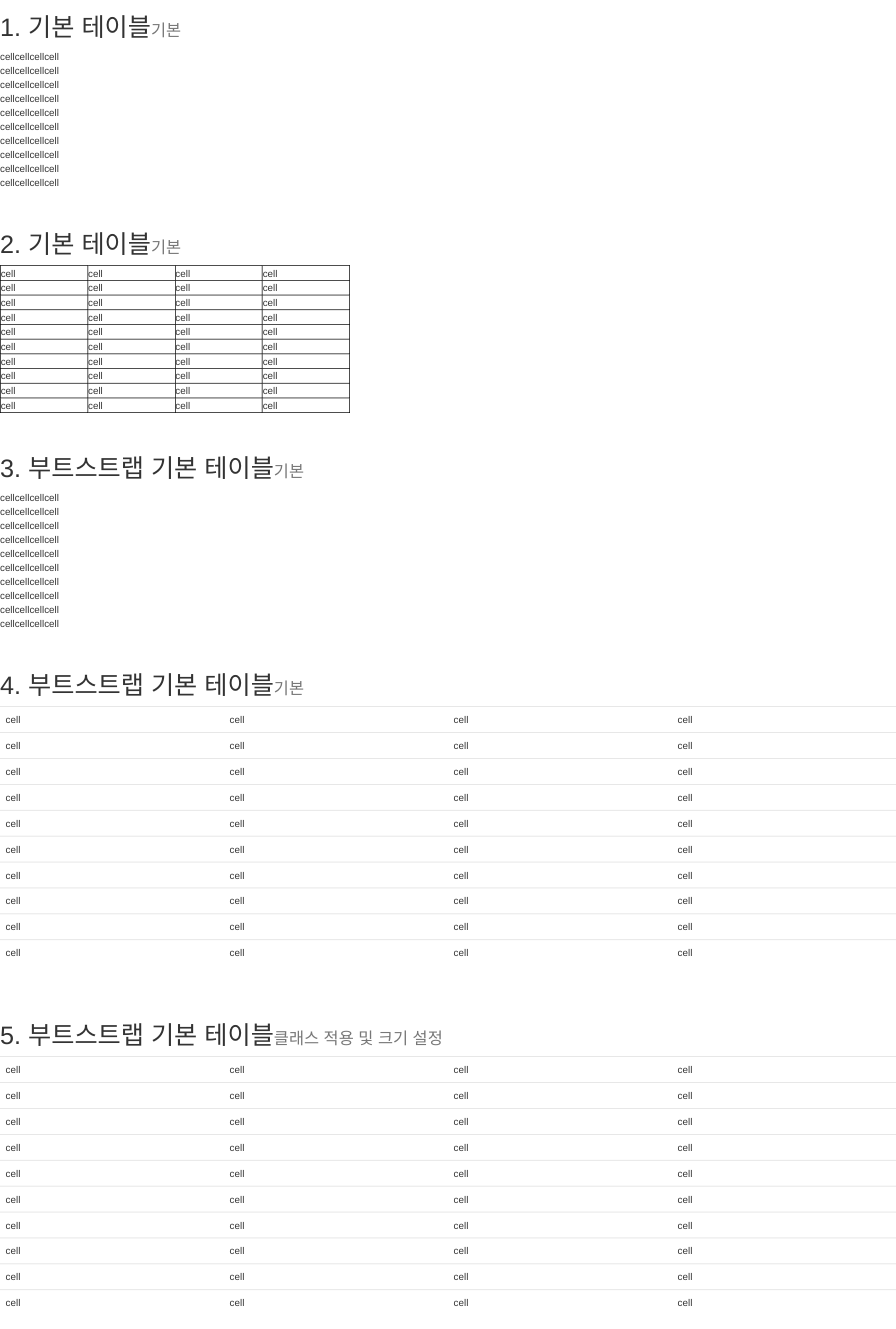
Repository: yhj4130/BootstrapStudy
Page: BootstrapWork/WebContent/BootEx02.html
These files come from the project's save history. The page is drawn as it stood at one moment and after the next save; the edit follows.
The browser window is 1280 px wide. The pictures show the whole page, at 70% of full size.

Above is the page before, as saved 2019-06-12 01:46:07.

### BootstrapWork/WebContent/BootEx02.html
<!DOCTYPE html>
<html>
<head>
<meta charset="UTF-8">
<title>BootEx02.html</title>

<link rel="stylesheet" href="css/bootstrap.css">
<script type="text/javascript" src="js/jquery-3.4.1.min.js"></script>
<script type="text/javascript" src="js/bootstrap.min.js"></script>

<style type="text/css">
	/* 테이블 기본 서식 */
	#table
	{
		width: 500px;
		border: 1px solid black;
		border-collapse: collapse;
	}

	#table td
	{
		border: 1px solid black;
	}
</style>

</head>
<body>

<h1>1. 기본 테이블<small>기본</small></h1>

<!-- table>(tr>td{cell*4)*10 -->
<table>
	<tr>
		<td>cell</td>
		<td>cell</td>
		<td>cell</td>
		<td>cell</td>
	</tr>
	<tr>
		<td>cell</td>
		<td>cell</td>
		<td>cell</td>
		<td>cell</td>
	</tr>
	<tr>
		<td>cell</td>
		<td>cell</td>
		<td>cell</td>
		<td>cell</td>
	</tr>
	<tr>
		<td>cell</td>
		<td>cell</td>
		<td>cell</td>
		<td>cell</td>
	</tr>
	<tr>
		<td>cell</td>
		<td>cell</td>
		<td>cell</td>
		<td>cell</td>
	</tr>
	<tr>
		<td>cell</td>
		<td>cell</td>
		<td>cell</td>
		<td>cell</td>
	</tr>
	<tr>
		<td>cell</td>
		<td>cell</td>
		<td>cell</td>
		<td>cell</td>
	</tr>
	<tr>
		<td>cell</td>
		<td>cell</td>
		<td>cell</td>
		<td>cell</td>
	</tr>
	<tr>
		<td>cell</td>
		<td>cell</td>
		<td>cell</td>
		<td>cell</td>
	</tr>
	<tr>
		<td>cell</td>
		<td>cell</td>
		<td>cell</td>
		<td>cell</td>
	</tr>
</table>

<br><br>

<h1>2. 기본 테이블<small>기본</small></h1>

<!-- table>(tr>td{cell*4)*10 -->
<table id="table">
	<tr>
		<td>cell</td>
		<td>cell</td>
		<td>cell</td>
		<td>cell</td>
	</tr>
	<tr>
		<td>cell</td>
		<td>cell</td>
		<td>cell</td>
		<td>cell</td>
	</tr>
	<tr>
		<td>cell</td>
		<td>cell</td>
		<td>cell</td>
		<td>cell</td>
	</tr>
	<tr>
		<td>cell</td>
		<td>cell</td>
		<td>cell</td>
		<td>cell</td>
	</tr>
	<tr>
		<td>cell</td>
		<td>cell</td>
		<td>cell</td>
		<td>cell</td>
	</tr>
	<tr>
		<td>cell</td>
		<td>cell</td>
		<td>cell</td>
		<td>cell</td>
	</tr>
	<tr>
		<td>cell</td>
		<td>cell</td>
		<td>cell</td>
		<td>cell</td>
	</tr>
	<tr>
		<td>cell</td>
		<td>cell</td>
		<td>cell</td>
		<td>cell</td>
	</tr>
	<tr>
		<td>cell</td>
		<td>cell</td>
		<td>cell</td>
		<td>cell</td>
	</tr>
	<tr>
		<td>cell</td>
		<td>cell</td>
		<td>cell</td>
		<td>cell</td>
	</tr>
</table>

<br><br>

<h1>3. 부트스트랩 기본 테이블<small>기본</small></h1>

<!-- table>(tr>td{cell*4)*10 -->
<table>
	<tr>
		<td>cell</td>
		<td>cell</td>
		<td>cell</td>
		<td>cell</td>
	</tr>
	<tr>
		<td>cell</td>
		<td>cell</td>
		<td>cell</td>
		<td>cell</td>
	</tr>
	<tr>
		<td>cell</td>
		<td>cell</td>
		<td>cell</td>
		<td>cell</td>
	</tr>
	<tr>
		<td>cell</td>
		<td>cell</td>
		<td>cell</td>
		<td>cell</td>
	</tr>
	<tr>
		<td>cell</td>
		<td>cell</td>
		<td>cell</td>
		<td>cell</td>
	</tr>
	<tr>
		<td>cell</td>
		<td>cell</td>
		<td>cell</td>
		<td>cell</td>
	</tr>
	<tr>
		<td>cell</td>
		<td>cell</td>
		<td>cell</td>
		<td>cell</td>
	</tr>
	<tr>
		<td>cell</td>
		<td>cell</td>
		<td>cell</td>
		<td>cell</td>
	</tr>
	<tr>
		<td>cell</td>
		<td>cell</td>
		<td>cell</td>
		<td>cell</td>
	</tr>
	<tr>
		<td>cell</td>
		<td>cell</td>
		<td>cell</td>
		<td>cell</td>
	</tr>
</table>

<br><br>

<h1>4. 부트스트랩 기본 테이블<small>기본</small></h1>

<!-- table>(tr>td{cell*4)*10 -->
<table class="table">
	<tr>
		<td>cell</td>
		<td>cell</td>
		<td>cell</td>
		<td>cell</td>
	</tr>
	<tr>
		<td>cell</td>
		<td>cell</td>
		<td>cell</td>
		<td>cell</td>
	</tr>
	<tr>
		<td>cell</td>
		<td>cell</td>
		<td>cell</td>
		<td>cell</td>
	</tr>
	<tr>
		<td>cell</td>
		<td>cell</td>
		<td>cell</td>
		<td>cell</td>
	</tr>
	<tr>
		<td>cell</td>
		<td>cell</td>
		<td>cell</td>
		<td>cell</td>
	</tr>
	<tr>
		<td>cell</td>
		<td>cell</td>
		<td>cell</td>
		<td>cell</td>
	</tr>
	<tr>
		<td>cell</td>
		<td>cell</td>
		<td>cell</td>
		<td>cell</td>
	</tr>
	<tr>
		<td>cell</td>
		<td>cell</td>
		<td>cell</td>
		<td>cell</td>
	</tr>
	<tr>
		<td>cell</td>
		<td>cell</td>
		<td>cell</td>
		<td>cell</td>
	</tr>
	<tr>
		<td>cell</td>
		<td>cell</td>
		<td>cell</td>
		<td>cell</td>
	</tr>
</table>

<br><br>

<h1>5. 부트스트랩 기본 테이블<small>클래스 적용 및 크기 설정</small></h1>

<!-- table>(tr>td{cell*4)*10 -->
<table class="table">
	<tr>
		<td>cell</td>
		<td>cell</td>
		<td>cell</td>
		<td>cell</td>
	</tr>
	<tr>
		<td>cell</td>
		<td>cell</td>
		<td>cell</td>
		<td>cell</td>
	</tr>
	<tr>
		<td>cell</td>
		<td>cell</td>
		<td>cell</td>
		<td>cell</td>
	</tr>
	<tr>
		<td>cell</td>
		<td>cell</td>
		<td>cell</td>
		<td>cell</td>
	</tr>
	<tr>
		<td>cell</td>
		<td>cell</td>
		<td>cell</td>
		<td>cell</td>
	</tr>
	<tr>
		<td>cell</td>
		<td>cell</td>
		<td>cell</td>
		<td>cell</td>
	</tr>
	<tr>
		<td>cell</td>
		<td>cell</td>
		<td>cell</td>
		<td>cell</td>
	</tr>
	<tr>
		<td>cell</td>
		<td>cell</td>
		<td>cell</td>
		<td>cell</td>
	</tr>
	<tr>
		<td>cell</td>
		<td>cell</td>
		<td>cell</td>
		<td>cell</td>
	</tr>
	<tr>
		<td>cell</td>
		<td>cell</td>
		<td>cell</td>
		<td>cell</td>
	</tr>
</table>

</body>
</html>

Loaded but not shown: BootstrapWork/WebContent/css/bootstrap.css (library); BootstrapWork/WebContent/js/jquery-3.4.1.min.js (library); BootstrapWork/WebContent/js/bootstrap.min.js (library)

After the next save:
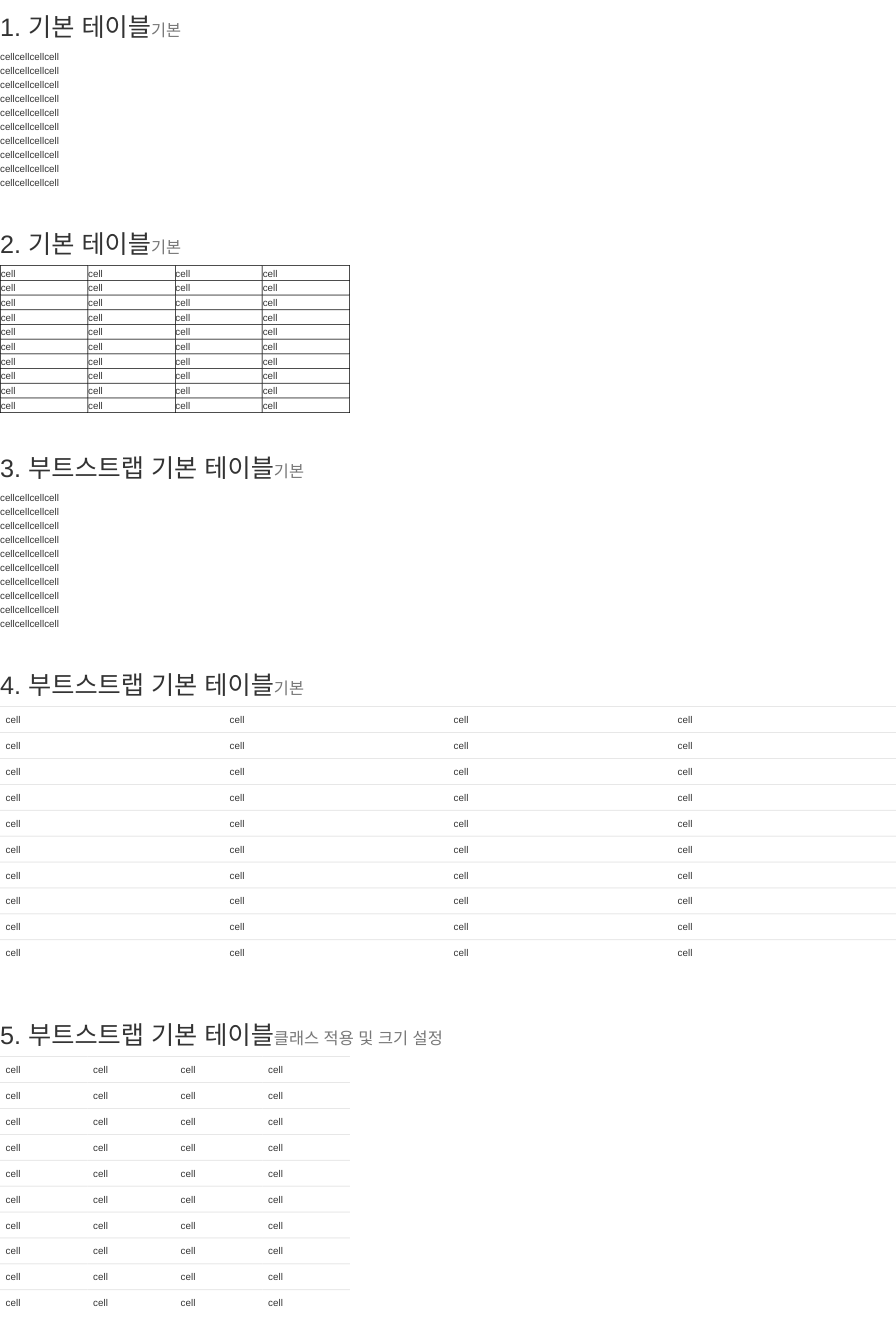
Saved 39 s later.
--- a/BootstrapWork/WebContent/BootEx02.html
+++ b/BootstrapWork/WebContent/BootEx02.html
@@ -301,7 +301,7 @@
 <h1>5. 부트스트랩 기본 테이블<small>클래스 적용 및 크기 설정</small></h1>
 
 <!-- table>(tr>td{cell*4)*10 -->
-<table class="table">
+<table class="table" style="width: 500px;">
 	<tr>
 		<td>cell</td>
 		<td>cell</td>
